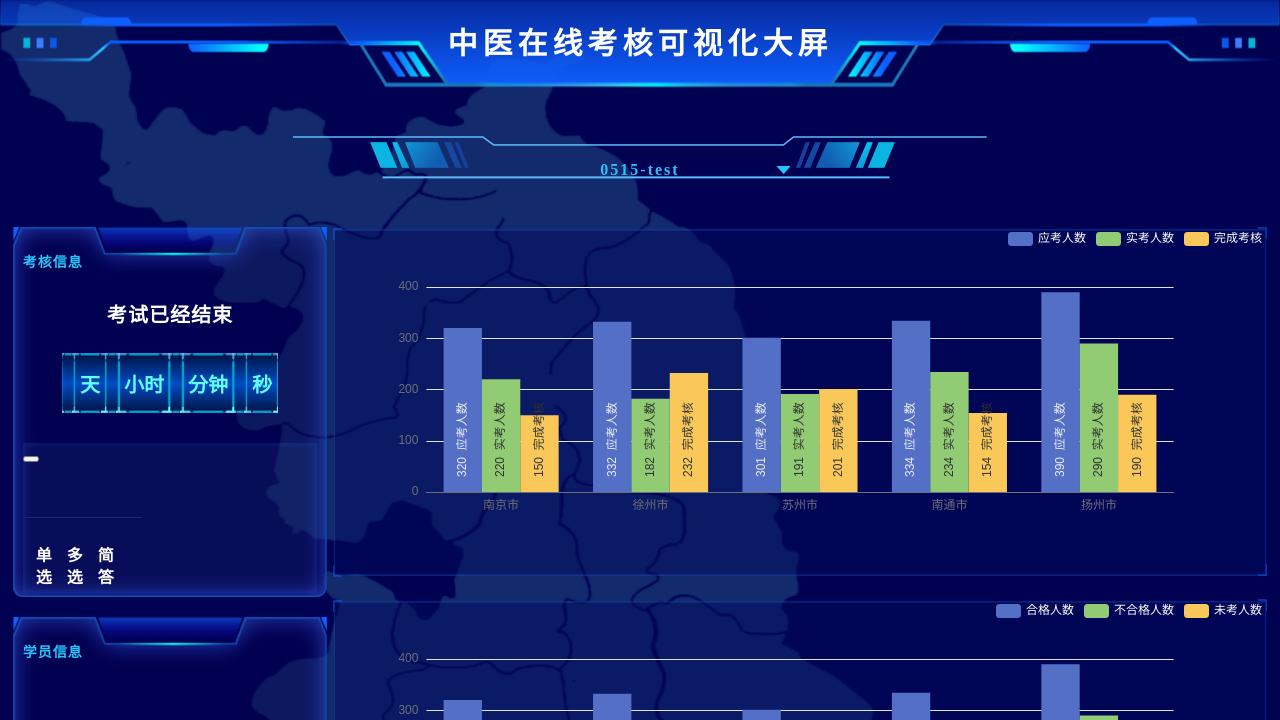
Repository: krislorem/medicine-online-datascreen-vue
Page: /
The author's editor kept a copy of each file at every save. The page is drawn from the files as they stood at one save, then again after the next save.
The browser window is 1280 px wide. The pictures show the whole page.
The project was rebuilt for these pictures with package versions that can differ from the ones it lists, and the page was loaded fresh each time. Also part of the build but not shown: vite.config.ts.

Above is the page before, as saved 2024-12-04 20:38:22.

### src/main.ts
import './assets/main.css'

import { createApp } from 'vue'
import { createPinia } from 'pinia'
import ElementPlus from 'element-plus'
import 'element-plus/dist/index.css'
import App from './App.vue'
import router from './router'

const app = createApp(App)

app.use(createPinia())
app.use(router)
app.use(ElementPlus)
app.mount('#app')

### src/assets/main.css
body, html {
  width: 100%;
  height: 100%;
  overflow: hidden;
  margin: 0;
  padding: 0;
  width: 100vw;
  height: 100vh
}

#app {
  width: 100%;
  height: 100%
}

### src/App.vue
<template>
  <div>
    <RouterView></RouterView>
  </div>
</template>

<script setup lang="ts">

</script>

<style scoped>
</style>

### src/views/HomeView.vue
<template>
  <div class="home">
    <nav>
      <h1>中医在线考核可视化大屏</h1>
    </nav>
    <div id="mid-bar">
      <select id="info">
        <option>0515-test</option>
      </select>
    </div>
    <div id="all-info">
      <div id="left">
        <div class="item item-1">
          <p class="top-name"><span>考核信息</span></p>
          <p class="time-title"><span>考试已经结束</span></p>
          <div class="time-container">
            <div class="time-box" style=";"><span class="time-num">{{ }}</span></div>
            <div class="time-box" style=";"><span class="time-num">天</span></div>
            <div class="time-box" style=";"><span class="time-num">{{ }}</span></div>
            <div class="time-box" style=";"><span class="time-num">小时</span></div>
            <div class="time-box" style=";"><span class="time-num">{{ }}</span></div>
            <div class="time-box" style=";"><span class="time-num">分钟</span></div>
            <div class="time-box" style=";"><span class="time-num">{{ }}</span></div>
            <div class="time-box" style=";"><span class="time-num">秒</span></div>
          </div>
          <div class="result">
            <div class="ivu-carousel" style="height: 100%;">
              <button type="button" class="left ivu-carousel-arrow ivu-carousel-arrow-hover">
                <i class="ivu-icon ivu-icon-ios-arrow-back"></i>
              </button>
              <div class="ivu-carousel-list">
                <div class="ivu-carousel-track higher"
                  style="width: 119px; transform: translate3d(0px, 0px, 0px); transition: transform 500ms; visibility: visible;">
                  <div class="ivu-carousel-item" style="width: 119px; height: auto; left: 0px;">
                    <div class="res-topbar">
                      <span>{{ }}</span>
                      <span>{{ }}</span>
                    </div>
                    <div class="res-box">
                      <div class="res-item">
                        <span>单选</span>
                        <p>{{ }}</p>
                      </div>
                      <div class="res-item">
                        <span>多选</span>
                        <p>{{ }}</p>
                      </div>
                      <div class="res-item">
                        <span>简答</span>
                        <p>{{ }}</p>
                      </div>
                    </div>
                  </div>
                </div>
              </div>
            </div>

          </div>
        </div>
        <div class="item item-2">
          <p class="top-name i2-top"><span>学员信息</span></p>
          <div class="i2">
            <div class="box">
              <p class="num bg-lg-blue">{{ }}</p>
              <p class="title bg-lg-blue">应考人数</p>
            </div>
            <div class="box">
              <p class="num bg-lg-cyan">{{ }}</p>
              <p class="title bg-lg-cyan">签到人数</p>
            </div>
            <div class="box">
              <p class="num bg-lg-red">{{ }}</p>
              <p class="title bg-lg-red">实考人数</p>
            </div>
            <div class="box">
              <p class="num bg-lg-blue">{{ }}</p>
              <p class="title bg-lg-blue">分配试卷</p>
            </div>
            <div class="box">
              <p class="num bg-lg-cyan">{{ }}</p>
              <p class="title bg-lg-cyan">答题中</p>
            </div>
            <div class="box">
              <p class="num bg-lg-red">{{ }}</p>
              <p class="title bg-lg-red">完成考试</p>
            </div>
            <div class="box">
              <p class="num bg-lg-blue2">{{ }}</p>
              <p class="title bg-lg-blue2">未签到</p>
            </div>
            <div class="box">
              <p class="num bg-lg-cyan2">{{ }}</p>
              <p class="title bg-lg-cyan2">未考核</p>
            </div>
            <div class="box">
              <p class="num bg-lg-red2">{{ }}</p>
              <p class="title bg-lg-red2">合格人数</p>
            </div>
          </div>
        </div>
      </div>
      <div id="right">
        <div class="item mb-22">
          <div style="width: 100%;height: 335px;">
            <div id="msg1"
              style="width: 100%; height: 335px; -webkit-tap-highlight-color: transparent; user-select: none; position: relative;">
            </div>
          </div>
        </div>
        <div class="item">
          <div style="width: 100%; height: 335px;">
            <div id="msg2"
              style="width: 100%; height: 335px; -webkit-tap-highlight-color: transparent; user-select: none; position: relative;">
            </div>
          </div>
        </div>
      </div>
    </div>
  </div>
</template>

<style scoped>
body {
  font-family: Helvetica Neue, Helvetica, PingFang SC, Hiragino Sans GB, Microsoft YaHei, "\5FAE\8F6F\96C5\9ED1", Arial, sans-serif;
  font-size: 12px;
  line-height: 1.5;
  color: #515a6e;
  background-color: #fff;
  -webkit-font-smoothing: antialiased;
  -moz-osx-font-smoothing: grayscale;
}

.home {
  background: #010152 url(/ditu.png) 50% no-repeat;
  background-size: 100% 100%;
}

.home nav {
  background-image: url(/dingbu.png);
  background-size: 100% 100%;
  background-repeat: no-repeat;
  overflow: hidden;
  display: -webkit-box;
  display: -ms-flexbox;
  display: flex;
  -webkit-box-align: center;
  -ms-flex-align: center;
  align-items: center;
}

.home nav h1 {
  font-size: 30px;
  font-family: PingFangSC-Semibold, PingFang SC;
  font-weight: 600;
  color: #fff;
  line-height: 58px;
  letter-spacing: 5px;
  margin: 15px auto;
}

.home #mid-bar {
  width: 694px;
  height: 43px;
  background: url(/nav.png) no-repeat;
  margin: 48px auto 36px;
  padding-top: 12px;
  display: -webkit-box;
  display: -ms-flexbox;
  display: flex;
  -webkit-box-pack: center;
  -ms-flex-pack: center;
  justify-content: center;
  -webkit-box-align: center;
  -ms-flex-align: center;
  align-items: center;
}

.home #mid-bar #info {
  appearance: none;
  -moz-appearance: none;
  -webkit-appearance: none;
  background: transparent url('/jiantou.png') no-repeat scroll 100%;
  width: 302px;
  height: 22px;
  font-size: 16px;
  text-align: center;
  font-family: PingFangSC-Semibold, PingFang SC;
  font-weight: 600;
  color: #26c5fb;
  line-height: 22px;
  letter-spacing: 2px;
  border: none;
}

#all-info {
  width: 100%;
  height: 796px;
  margin: 20px auto;
  display: -webkit-box;
  display: -ms-flexbox;
  display: flex;
  -ms-flex-pack: distribute;
  justify-content: space-around;
}

#all-info #left {
  width: 23%;
  height: 100%;
}


#all-info #left .item {
  height: 44%;
  width: 100%;
  padding: 10px;
  background-image: url(/kuang2.png);
  background-size: 100% 100%;
}

#all-info #left .item .top-name>span {
  width: 64px;
  height: 20px;
  font-size: 14px;
  font-family: PingFangSC-Semibold, PingFang SC;
  font-weight: 600;
  color: #26c5fb;
  line-height: 20px;
  letter-spacing: 1px;
}

#all-info #left .item-1 {
  margin-bottom: 20px;
}

#all-info #left .item-1 .time-title {
  text-align: center;
  font-size: 20px;
  font-family: PingFangSC-Semibold, PingFang SC;
  font-weight: 600;
  color: #fff;
  line-height: 20px;
  letter-spacing: 1px;
  margin: 32px auto 28px;
}

#all-info #left .item-1 .time-container {
  height: 60px
}

#all-info #left .item-1 .time-container,
#all-info #left .item-1 .time-container .time-box {
  display: -webkit-box;
  display: -ms-flexbox;
  display: flex;
  -webkit-box-pack: center;
  -ms-flex-pack: center;
  justify-content: center;
}

#all-info #left .item-1 .time-container .time-box {
  background-image: url('/kuang3.png');
  background-repeat: no-repeat;
  background-size: 100% 100%;
  -webkit-box-align: center;
  -ms-flex-align: center;
  align-items: center;
  background-color: #d7606b;
}

#all-info #left .item-1 .time-container .time-box .time-num {
  font-size: 20px;
  padding: 6px;
  font-family: PingFangSC-Semibold, PingFang SC;
  font-weight: 600;
  color: #60fffd
}

#all-info #left .item-1 .time-container .time-box .dupunkto {
  font-size: 28px;
  font-family: PingFangSC-Semibold, PingFang SC;
  font-weight: 600;
  color: #60fffd
}

#all-info #left .item-1 .result {
  width: 100%;
  height: 43%;
  background-image: url('/kuang4.png');
  background-size: 100% 100%;
  margin: 30px auto 0;
  font-size: 16px;
  font-family: PingFangSC-Semibold, PingFang SC;
  font-weight: 600;
  color: #fff;
  line-height: 22px;
}

#all-info #left .item-1 .result .res-sub-title {
  width: 100%;
  height: 100%;
  display: -webkit-box;
  display: -ms-flexbox;
  display: flex;
  -webkit-box-align: center;
  -ms-flex-align: center;
  align-items: center;
  -webkit-box-pack: center;
  -ms-flex-pack: center;
  justify-content: center;
  font-size: 20px;
  font-family: PingFangSC-Semibold, PingFang SC;
  font-weight: 600
}

#all-info #left .item-1 .result .res-topbar {
  height: 47px;
  border-bottom: 1px solid #1e266e;
  -webkit-box-align: end;
  -ms-flex-align: end;
  align-items: flex-end;
  padding: 0 19px 5px 14px
}

#all-info #left .item-1 .result .res-box,
#all-info #left .item-1 .result .res-topbar {
  display: -webkit-box;
  display: -ms-flexbox;
  display: flex;
  -webkit-box-pack: justify;
  -ms-flex-pack: justify;
  justify-content: space-between
}

#all-info #left .item-1 .result .res-box {
  height: 57px;
  margin: 27px 13px 0
}

#all-info #left .item-1 .result .res-box .res-item {
  display: -webkit-box;
  display: -ms-flexbox;
  display: flex;
  -webkit-box-orient: vertical;
  -webkit-box-direction: normal;
  -ms-flex-direction: column;
  flex-direction: column;
  -ms-flex-pack: distribute;
  justify-content: space-around;
  -webkit-box-align: center;
  -ms-flex-align: center;
  align-items: center
}

#all-info #left .item-1 .result .res-box p {
  margin-top: 13px
}

#all-info #left .item-2 {
  display: -webkit-box;
  display: -ms-flexbox;
  display: flex;
  -webkit-box-orient: vertical;
  -webkit-box-direction: normal;
  -ms-flex-direction: column;
  flex-direction: column
}


#all-info #left .item-2 .i2-top {
  padding-bottom: 30px;
}

#all-info #left .item-2 .i2 {
  width: 100%;
  margin: 20px auto;
  display: -webkit-box;
  display: -ms-flexbox;
  display: flex;
  -ms-flex-wrap: wrap;
  flex-wrap: wrap;
  -ms-flex-pack: distribute;
  justify-content: space-around;
}

#all-info #left .item-2 .i2 .box {
  width: 30%;
  height: 67px;
  margin-bottom: 20px;
  padding: 20px auto;
  background-image: url('/kuang5.png');
  background-size: 100%;
  background-repeat: no-repeat;
}

#all-info #left .item-2 .i2 .box>.num {
  width: 77px;
  height: 45px;
  font-size: 27px;
  line-height: 45px
}

#all-info #left .item-2 .i2 .box>.num,
#all-info #left .item-2 .i2 .box>.title {
  font-family: PingFangSC-Semibold, PingFang SC;
  font-weight: 600;
  color: #fff;
  text-align: center;
  background-clip: text;
  -webkit-background-clip: text;
  -webkit-text-fill-color: transparent;
  margin: 0 auto;
}

#all-info #left .item-2 .i2 .box>.title {
  width: 64px;
  height: 22px;
  font-size: 15px;
  line-height: 22px
}

#all-info #right {
  width: 73%;
  height: 100%;
}

#all-info #right .item {
  width: 100%;
  height: 350px;
  background-image: url(/kuang1.png);
  background-size: 100% 100%
}

#all-info #right .mb-22 {
  margin-bottom: 22px
}

.bg-lg-blue {
  background: -webkit-gradient(linear, left top, left bottom, from(#8ac4ff), to(#5999f4));
  background: linear-gradient(180deg, #8ac4ff, #5999f4)
}

.bg-lg-cyan {
  background: -webkit-gradient(linear, left top, left bottom, from(#92eef2), to(#62e4eb));
  background: linear-gradient(180deg, #92eef2, #62e4eb)
}

.bg-lg-red {
  background: -webkit-gradient(linear, left top, left bottom, from(#ee3f47), to(#9a1b35));
  background: linear-gradient(180deg, #ee3f47, #9a1b35)
}

.bg-lg-blue2 {
  background: -webkit-gradient(linear, left top, left bottom, from(#4d7ed5), to(#0a47b3));
  background: linear-gradient(180deg, #4d7ed5, #0a47b3)
}

.bg-lg-cyan2 {
  background: -webkit-gradient(linear, left top, left bottom, from(#3bd3d6), to(#158c98));
  background: linear-gradient(180deg, #3bd3d6, #158c98)
}

.bg-lg-red2 {
  background: -webkit-gradient(linear, left top, left bottom, from(#d7606b), to(#a72f4d));
  background: linear-gradient(180deg, #d7606b, #a72f4d)
}
</style>
<script setup lang="ts">
import * as echarts from 'echarts';
import { onMounted } from 'vue'
const labelOption = {
  show: true,
  position: 'insideBottom',
  distance: 15,
  align: 'left',
  verticalAlign: 'middle',
  rotate: 90,
  formatter: '{c}  {name|{a}}',
  fontSize: 12,
  rich: {
    name: {}
  }
};
const option1 = {
  tooltip: {
    trigger: 'axis',
    axisPointer: {
      type: 'shadow'
    }
  },
  legend: {
    left: 'right',
    textStyle: {
      color: '#fff',
    },
    data: ['应考人数', '实考人数', '完成考核']
  },
  xAxis: [
    {
      type: 'category',
      axisTick: { show: false },
      data: ['南京市', '徐州市', '苏州市', '南通市', '扬州市']
    }
  ],
  yAxis: [
    {
      type: 'value'
    }
  ],
  series: [
    {
      name: '应考人数',
      type: 'bar',
      barGap: 0,
      label: labelOption,
      emphasis: {
        focus: 'series'
      },
      data: [320, 332, 301, 334, 390]
    },
    {
      name: '实考人数',
      type: 'bar',
      label: labelOption,
      emphasis: {
        focus: 'series'
      },
      data: [220, 182, 191, 234, 290]
    },
    {
      name: '完成考核',
      type: 'bar',
      label: labelOption,
      emphasis: {
        focus: 'series'
      },
      data: [150, 232, 201, 154, 190]
    }
  ]
};
const option2 = {
  tooltip: {
    trigger: 'axis',
    axisPointer: {
      type: 'shadow'
    }
  },
  legend: {
    left: 'right',
    textStyle: {
      color: '#fff',
    },
    data: ['合格人数', '不合格人数', '未考人数']
  },
  xAxis: [
    {
      type: 'category',
      axisTick: { show: false },
      data: ['南京市', '徐州市', '苏州市', '南通市', '扬州市']
    }
  ],
  yAxis: [
    {
      type: 'value'
    }
  ],
  series: [
    {
      name: '合格人数',
      type: 'bar',
      barGap: 0,
      label: labelOption,
      emphasis: {
        focus: 'series'
      },
      data: [320, 332, 301, 334, 390]
    },
    {
      name: '不合格人数',
      type: 'bar',
      label: labelOption,
      emphasis: {
        focus: 'series'
      },
      data: [220, 182, 191, 234, 290]
    },
    {
      name: '未考人数',
      type: 'bar',
      label: labelOption,
      emphasis: {
        focus: 'series'
      },
      data: [150, 232, 201, 154, 190]
    }
  ]
};
onMounted(() => {
  let chartDom1 = document.getElementById('msg1');
  let chartDom2 = document.getElementById('msg2');
  let myChart1 = echarts.init(chartDom1);
  let myChart2 = echarts.init(chartDom2);
  option1 && myChart1.setOption(option1);
  option2 && myChart2.setOption(option2);
})


</script>

Loaded but not shown: index.html (common file); src/router/index.ts (common file)

After the next save:
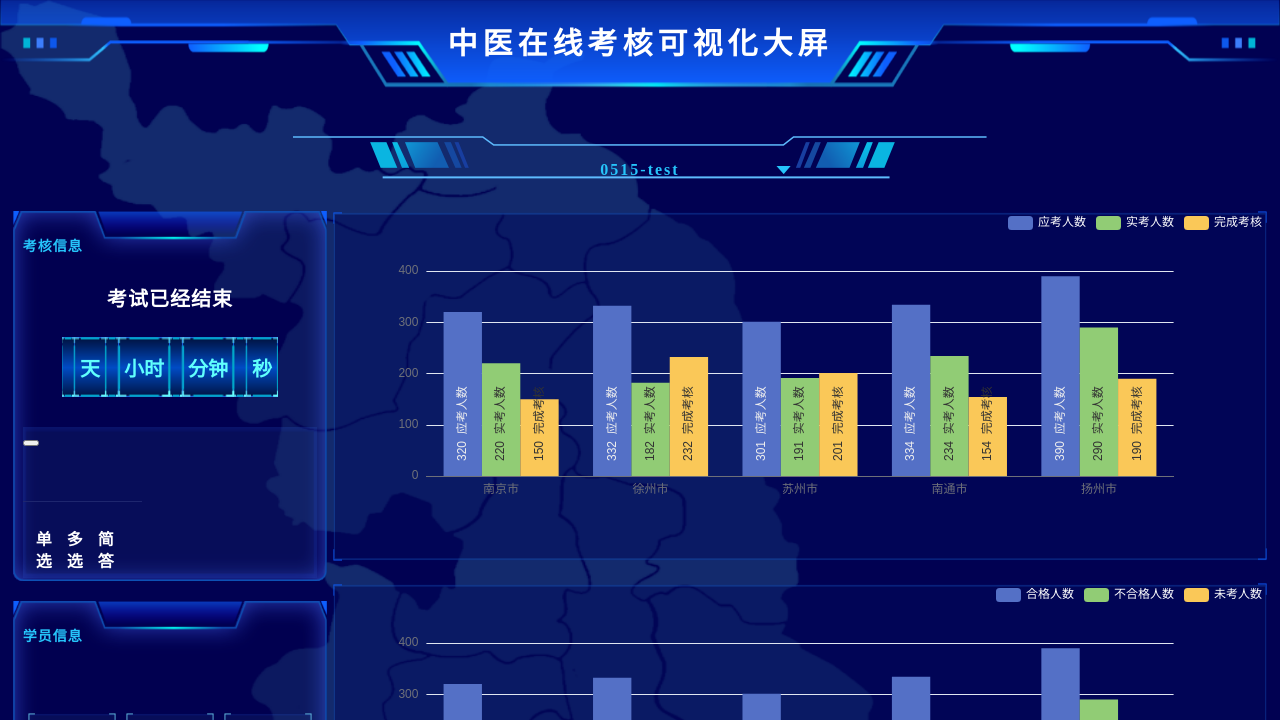
Saved 4 min 11 s later.
--- a/src/views/HomeView.vue
+++ b/src/views/HomeView.vue
@@ -162,7 +162,7 @@ body {
   width: 694px;
   height: 43px;
   background: url(/nav.png) no-repeat;
-  margin: 48px auto 36px;
+  margin: 48px auto 0;
   padding-top: 12px;
   display: -webkit-box;
   display: -ms-flexbox;
